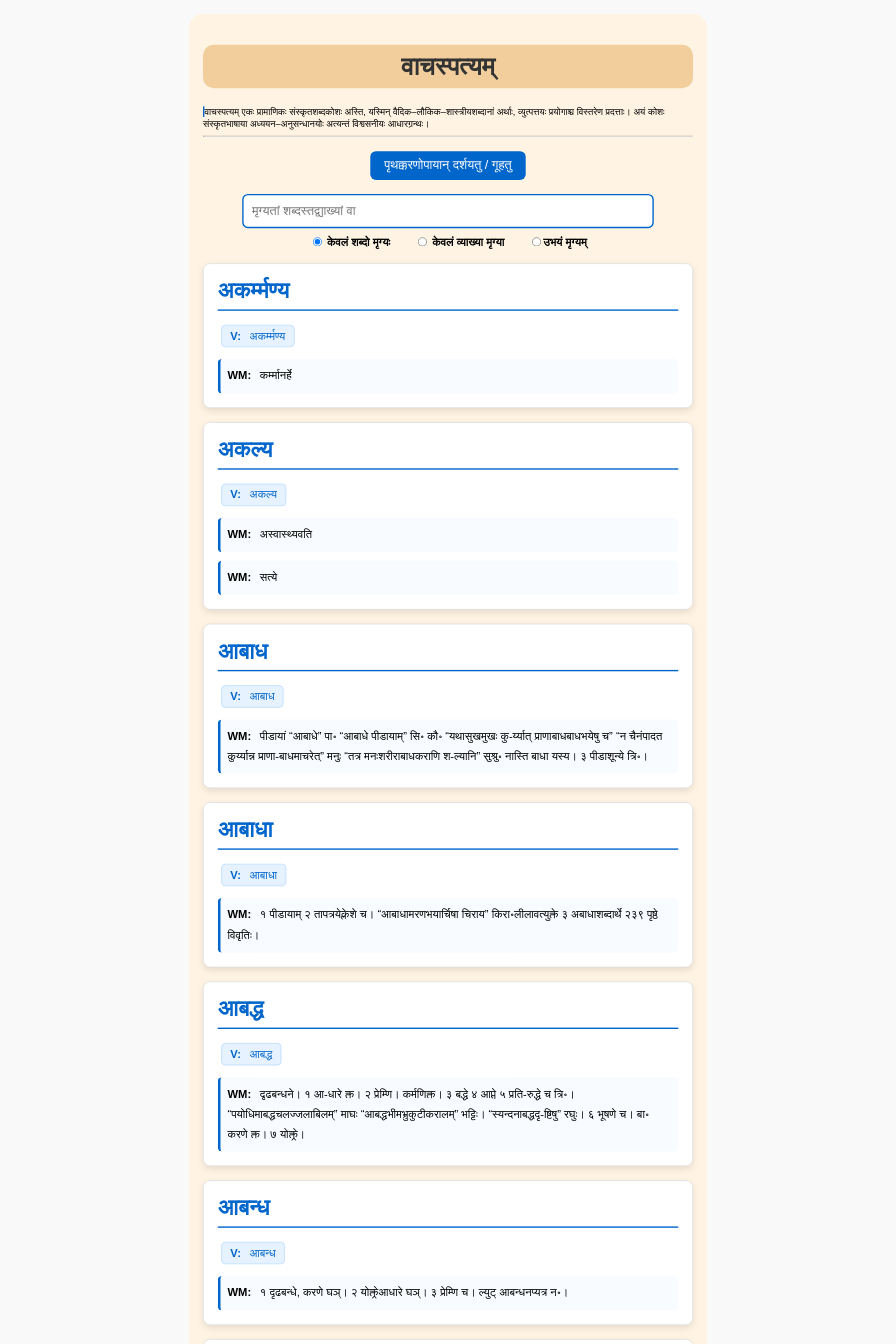
Repository: sanskritsphere/vachaspatyam-demo
Page: index.html
The author's editor kept a copy of each file at every save. The page is drawn from the files as they stood at one save, then again after the next save.
The browser window is 1280 px wide. The pictures show the part of the page from y = 0 to 1920 px (the page is 3441 px tall before and 3443 px after), at 70% of full size.

Above is the page before, as saved 2025-12-14 12:43:48.

After the next save:
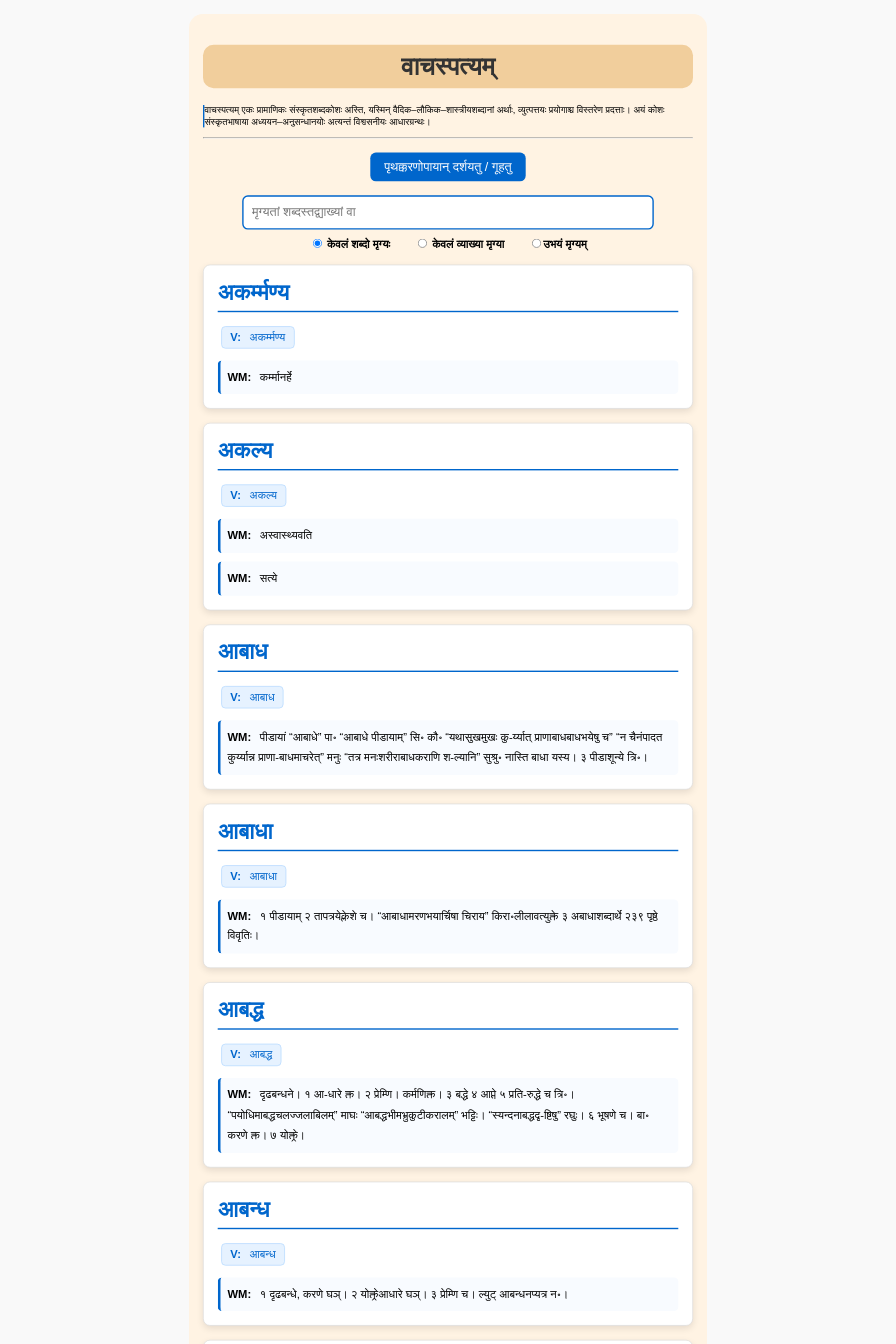
Saved 42 s later.
--- a/index.html
+++ b/index.html
@@ -11,8 +11,8 @@
     <div class="container">
     <header>
         <h1>वाचस्पत्यम्</h1>
-    <span class="small">वाचस्पत्यम् एकः प्रामाणिकः संस्कृतशब्दकोशः अस्ति, यस्मिन् वैदिक–लौकिक–शास्त्रीयशब्दानां अर्थाः, व्युत्पत्तयः प्रयोगाश्च विस्तरेण प्रदत्ताः।
-अयं कोशः संस्कृतभाषाया अध्ययन–अनुसन्धानयोः अत्यन्तं विश्वसनीयः आधारग्रन्थः।</span>
+    <p class="small">वाचस्पत्यम् एकः प्रामाणिकः संस्कृतशब्दकोशः अस्ति, यस्मिन् वैदिक–लौकिक–शास्त्रीयशब्दानां अर्थाः, व्युत्पत्तयः प्रयोगाश्च विस्तरेण प्रदत्ताः।
+अयं कोशः संस्कृतभाषाया अध्ययन–अनुसन्धानयोः अत्यन्तं विश्वसनीयः आधारग्रन्थः।</p>
     </header>
     <hr>
     <button id="toggleFilters">पृथक्करणोपायान् दर्शयतु / गूहतु</button>
